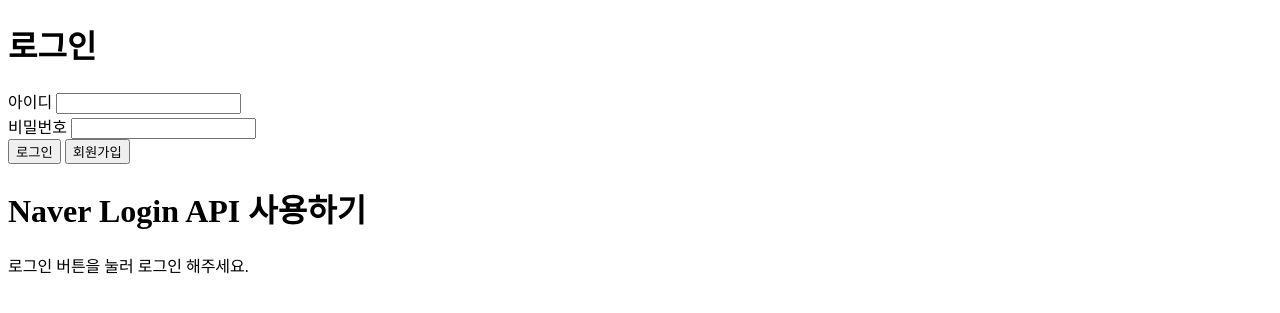
Repository: jsy8315/KOPO_SPRING
Page: http://localhost/jsp_assign/login.jsp
The author's editor kept a copy of each file at every save. The page is drawn from the files as they stood at one save, then again after the next save.
The browser window is 1280 px wide. The pictures show the whole page.
The page is served by Tomcat 10.

Above is the page before, as saved 2023-07-03 02:10:24.

After the next save:
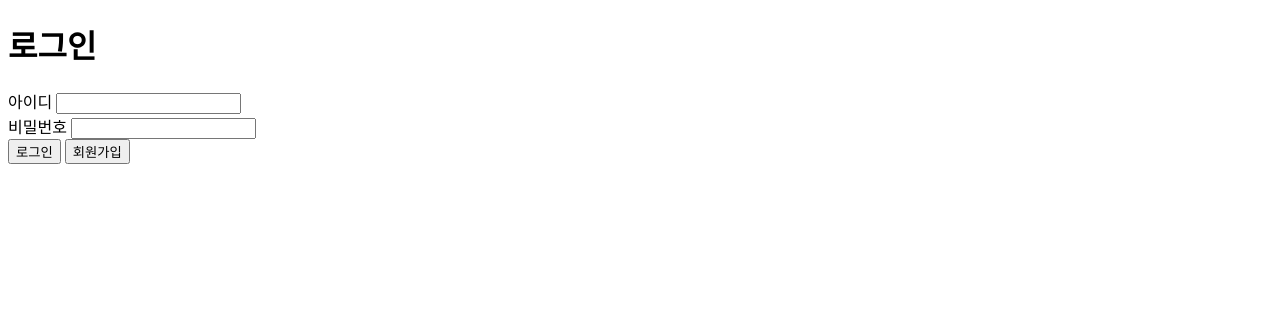
Saved 31 min 13 s later.
--- a/jsp_assign/src/main/webapp/login.jsp
+++ b/jsp_assign/src/main/webapp/login.jsp
@@ -19,16 +19,5 @@
 		<input type="submit" value="로그인">
 		<input type="button" value="회원가입" onclick="javascript:window.location='join.jsp'"><br />
 	</form>
-  <div class="container">
-    <h1>Naver Login API 사용하기</h1>
-    <div class="login-area">
-      <div id="message">
-        로그인 버튼을 눌러 로그인 해주세요.
-      </div>
-      <div id="button_area">
-        <div id="naverIdLogin"></div>
-      </div>
-    </div>
-   </div>
 </body>
 </html>
